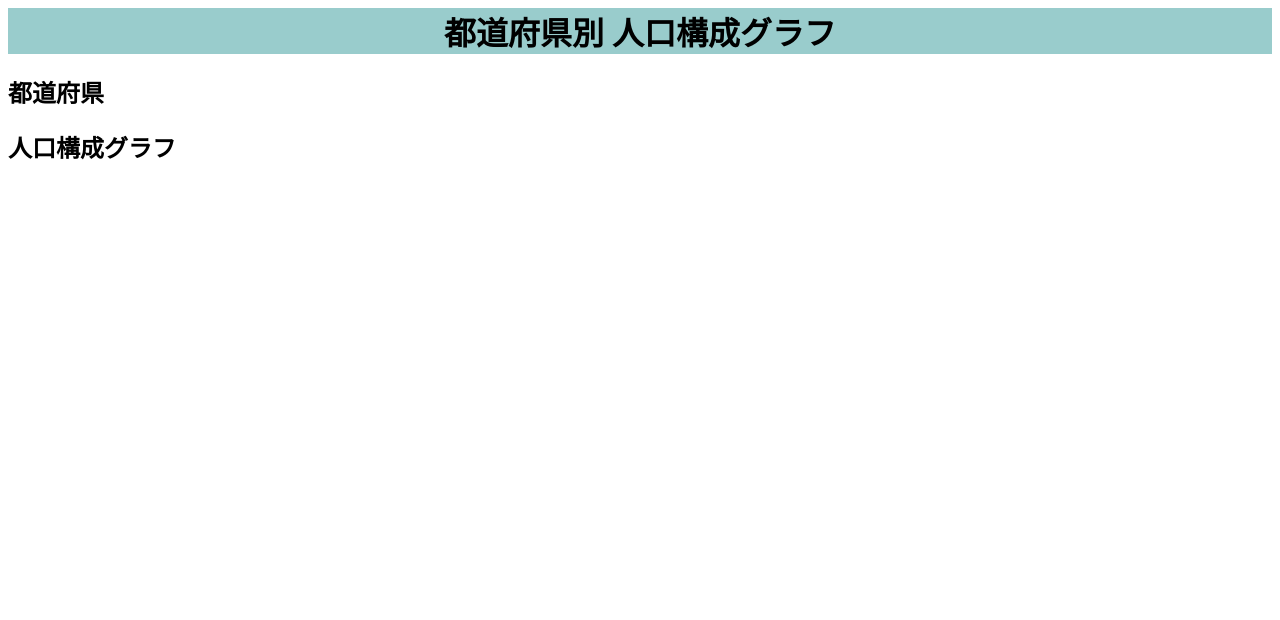
Repository: shisyamoCat/reqriutment-test
Page: /
These files come from the project's save history. The page is drawn as it stood at one moment and after the next save; the edit follows.
The browser window is 1280 px wide. The pictures show the whole page.
The page's requests for data from a server got no answer. The project was rebuilt for these pictures with package versions that can differ from the ones it lists, and the page was loaded fresh each time. No one was signed in, and anything a server would have sent is missing. Also part of the build but not shown: src/components/Pref.jsx.

Above is the page before, as saved 2022-07-07 11:51:42.

After the next save:
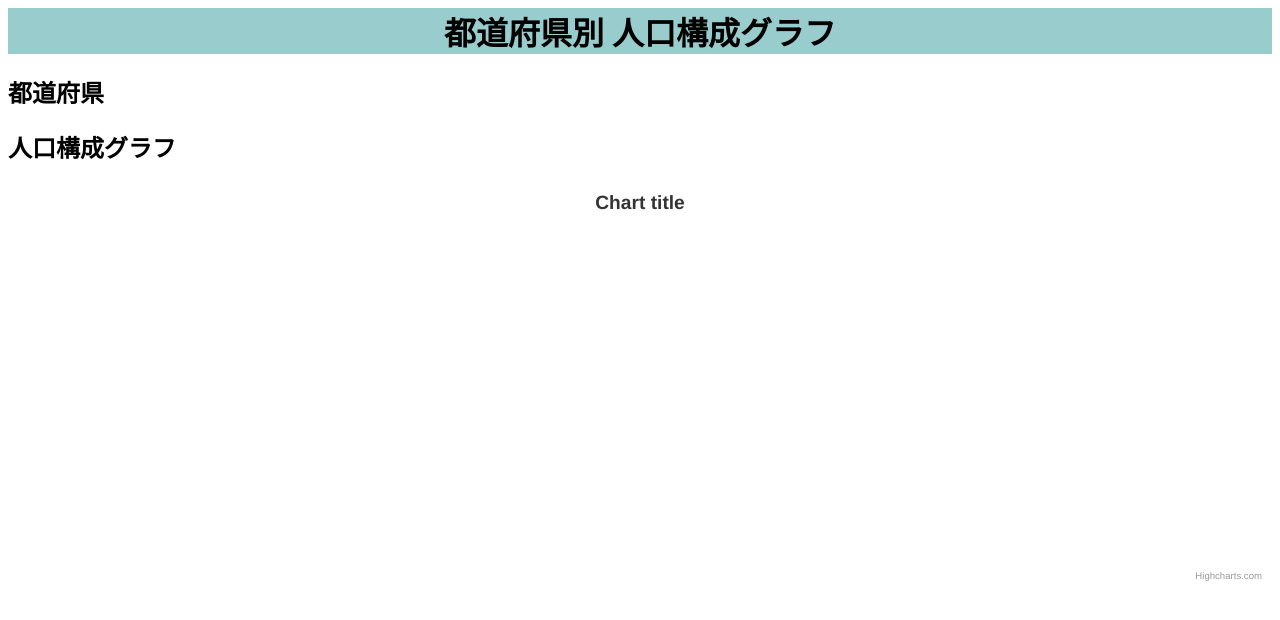
Saved 33 s later.
--- a/src/App.js
+++ b/src/App.js
@@ -95,7 +95,7 @@ export default class App extends React.Component {
                     <h2>人口構成グラフ</h2>
                     <HighchartsReact
                         highcharts={Highcharts}
-                        // options={options}
+                        options={options}
                     />
                 </main>
             </div>
